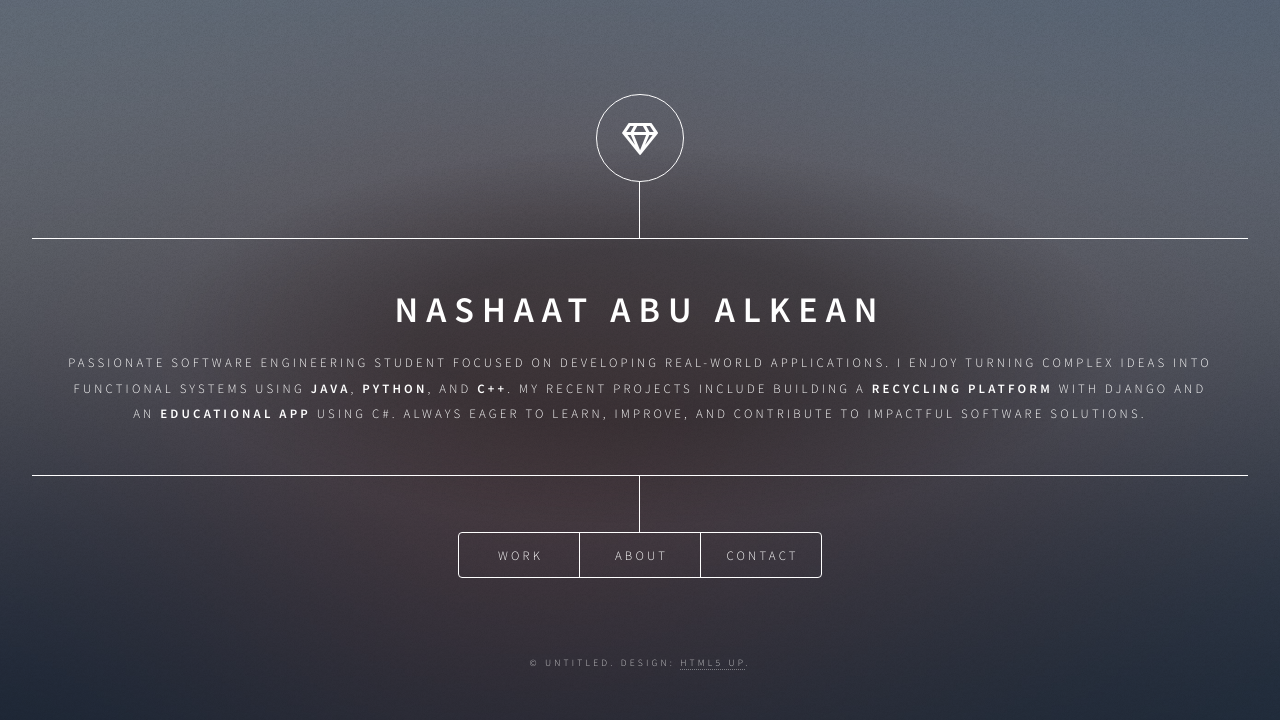
Repository: NashaatAlkean/Nashaat-sPortofolio
Page: index.html
An editor plug-in stored every save of this project. The page is shown before and after the next save, followed by the edit.
The browser window is 1280 px wide. The pictures show the whole page.

Above is the page before, as saved 2025-11-05 10:05:42.

### index.html
<!DOCTYPE html>
<!--
	Dimension by HTML5 UP
	html5up.net | @ajlkn
	Free for personal and commercial use under the CCA 3.0 license (html5up.net/license)
-->
<html>
  <head>
    <title>Nashaat Abu Alkean | Portfolio</title>
    <meta charset="utf-8" />
    <meta
      name="viewport"
      content="width=device-width, initial-scale=1, user-scalable=no"
    />
    <link rel="stylesheet" href="assets/css/main.css" />
    <noscript
      ><link rel="stylesheet" href="assets/css/noscript.css"
    /></noscript>
  </head>
  <body class="is-preload">
    <!-- Wrapper -->
    <div id="wrapper">
      <!-- Header -->
      <header id="header">
        <div class="logo">
          <span class="icon fa-gem"></span>
        </div>
        <div class="content">
          <div class="inner">
            <h1>Nashaat Abu Alkean</h1>
            <p>
              Passionate software engineering student focused on developing
              real-world applications. I enjoy turning complex ideas into
              functional systems using <b>Java</b>, <b>Python</b>, and
              <b>C++</b>. My recent projects include building a
              <b>recycling platform</b> with Django and an
              <b>educational app</b> using C#. Always eager to learn, improve,
              and contribute to impactful software solutions.
            </p>
          </div>
        </div>
        <nav>
          <ul>
            <li><a href="#work">Work</a></li>
            <li><a href="#about">About</a></li>
            <li><a href="#contact">Contact</a></li>
            <!--<li><a href="#elements">Elements</a></li>-->
          </ul>
        </nav>
      </header>

      <!-- Main -->
      <div id="main">
        <!-- Work -->
        <article id="work">
          <h2 class="major">Work</h2>
          <span class="image main"><img src="images/pic02.jpg" alt="" /></span>
          <p>
            Adipiscing magna sed dolor elit. Praesent eleifend dignissim arcu,
            at eleifend sapien imperdiet ac. Aliquam erat volutpat. Praesent
            urna nisi, fringila lorem et vehicula lacinia quam. Integer
            sollicitudin mauris nec lorem luctus ultrices.
          </p>
          <p>
            Nullam et orci eu lorem consequat tincidunt vivamus et sagittis
            libero. Mauris aliquet magna magna sed nunc rhoncus pharetra.
            Pellentesque condimentum sem. In efficitur ligula tate urna.
            Maecenas laoreet massa vel lacinia pellentesque lorem ipsum dolor.
            Nullam et orci eu lorem consequat tincidunt. Vivamus et sagittis
            libero. Mauris aliquet magna magna sed nunc rhoncus amet feugiat
            tempus.
          </p>
        </article>

        <!-- About -->
        <article id="about">
          <h2 class="major">About</h2>
          <span class="image main"><img src="images/pic03.jpg" alt="" /></span>
          <p>
            Lorem ipsum dolor sit amet, consectetur et adipiscing elit. Praesent
            eleifend dignissim arcu, at eleifend sapien imperdiet ac. Aliquam
            erat volutpat. Praesent urna nisi, fringila lorem et vehicula
            lacinia quam. Integer sollicitudin mauris nec lorem luctus ultrices.
            Aliquam libero et malesuada fames ac ante ipsum primis in faucibus.
            Cras viverra ligula sit amet ex mollis mattis lorem ipsum dolor sit
            amet.
          </p>
        </article>

        <!-- Contact -->
        <article id="contact">
          <h2 class="major">Contact</h2>
          <form method="post" action="#">
            <div class="fields">
              <div class="field half">
                <label for="name">Name</label>
                <input type="text" name="name" id="name" />
              </div>
              <div class="field half">
                <label for="email">Email</label>
                <input type="text" name="email" id="email" />
              </div>
              <div class="field">
                <label for="message">Message</label>
                <textarea name="message" id="message" rows="4"></textarea>
              </div>
            </div>
            <ul class="actions">
              <li>
                <input type="submit" value="Send Message" class="primary" />
              </li>
              <li><input type="reset" value="Reset" /></li>
            </ul>
          </form>
          <ul class="icons">
            <li>
              <a href="#" class="icon brands fa-twitter"
                ><span class="label">Twitter</span></a
              >
            </li>
            <li>
              <a href="#" class="icon brands fa-facebook-f"
                ><span class="label">Facebook</span></a
              >
            </li>
            <li>
              <a href="#" class="icon brands fa-instagram"
                ><span class="label">Instagram</span></a
              >
            </li>
            <li>
              <a href="#" class="icon brands fa-github"
                ><span class="label">GitHub</span></a
              >
            </li>
          </ul>
        </article>

        <!-- Elements -->
        <article id="elements">
          <h2 class="major">Elements</h2>

          <section>
            <h3 class="major">Text</h3>
            <p>
              This is <b>bold</b> and this is <strong>strong</strong>. This is
              <i>italic</i> and this is <em>emphasized</em>. This is
              <sup>superscript</sup> text and this is <sub>subscript</sub> text.
              This is <u>underlined</u> and this is code:
              <code>for (;;) { ... }</code>. Finally,
              <a href="#">this is a link</a>.
            </p>
            <hr />
            <h2>Heading Level 2</h2>
            <h3>Heading Level 3</h3>
            <h4>Heading Level 4</h4>
            <h5>Heading Level 5</h5>
            <h6>Heading Level 6</h6>
            <hr />
            <h4>Blockquote</h4>
            <blockquote>
              Fringilla nisl. Donec accumsan interdum nisi, quis tincidunt felis
              sagittis eget tempus euismod. Vestibulum ante ipsum primis in
              faucibus vestibulum. Blandit adipiscing eu felis iaculis volutpat
              ac adipiscing accumsan faucibus. Vestibulum ante ipsum primis in
              faucibus lorem ipsum dolor sit amet nullam adipiscing eu felis.
            </blockquote>
            <h4>Preformatted</h4>
            <pre><code>i = 0;

while (!deck.isInOrder()) {
    print 'Iteration ' + i;
    deck.shuffle();
    i++;
}

print 'It took ' + i + ' iterations to sort the deck.';</code></pre>
          </section>

          <section>
            <h3 class="major">Lists</h3>

            <h4>Unordered</h4>
            <ul>
              <li>Dolor pulvinar etiam.</li>
              <li>Sagittis adipiscing.</li>
              <li>Felis enim feugiat.</li>
            </ul>

            <h4>Alternate</h4>
            <ul class="alt">
              <li>Dolor pulvinar etiam.</li>
              <li>Sagittis adipiscing.</li>
              <li>Felis enim feugiat.</li>
            </ul>

            <h4>Ordered</h4>
            <ol>
              <li>Dolor pulvinar etiam.</li>
              <li>Etiam vel felis viverra.</li>
              <li>Felis enim feugiat.</li>
              <li>Dolor pulvinar etiam.</li>
              <li>Etiam vel felis lorem.</li>
              <li>Felis enim et feugiat.</li>
            </ol>
            <h4>Icons</h4>
            <ul class="icons">
              <li>
                <a href="#" class="icon brands fa-twitter"
                  ><span class="label">Twitter</span></a
                >
              </li>
              <li>
                <a href="#" class="icon brands fa-facebook-f"
                  ><span class="label">Facebook</span></a
                >
              </li>
              <li>
                <a href="#" class="icon brands fa-instagram"
                  ><span class="label">Instagram</span></a
                >
              </li>
              <li>
                <a href="#" class="icon brands fa-github"
                  ><span class="label">Github</span></a
                >
              </li>
            </ul>

            <h4>Actions</h4>
            <ul class="actions">
              <li><a href="#" class="button primary">Default</a></li>
              <li><a href="#" class="button">Default</a></li>
            </ul>
            <ul class="actions stacked">
              <li><a href="#" class="button primary">Default</a></li>
              <li><a href="#" class="button">Default</a></li>
            </ul>
          </section>

          <section>
            <h3 class="major">Table</h3>
            <h4>Default</h4>
            <div class="table-wrapper">
              <table>
                <thead>
                  <tr>
                    <th>Name</th>
                    <th>Description</th>
                    <th>Price</th>
                  </tr>
                </thead>
                <tbody>
                  <tr>
                    <td>Item One</td>
                    <td>Ante turpis integer aliquet porttitor.</td>
                    <td>29.99</td>
                  </tr>
                  <tr>
                    <td>Item Two</td>
                    <td>Vis ac commodo adipiscing arcu aliquet.</td>
                    <td>19.99</td>
                  </tr>
                  <tr>
                    <td>Item Three</td>
                    <td>Morbi faucibus arcu accumsan lorem.</td>
                    <td>29.99</td>
                  </tr>
                  <tr>
                    <td>Item Four</td>
                    <td>Vitae integer tempus condimentum.</td>
                    <td>19.99</td>
                  </tr>
                  <tr>
                    <td>Item Five</td>
                    <td>Ante turpis integer aliquet porttitor.</td>
                    <td>29.99</td>
                  </tr>
                </tbody>
                <tfoot>
                  <tr>
                    <td colspan="2"></td>
                    <td>100.00</td>
                  </tr>
                </tfoot>
              </table>
            </div>

            <h4>Alternate</h4>
            <div class="table-wrapper">
              <table class="alt">
                <thead>
                  <tr>
                    <th>Name</th>
                    <th>Description</th>
                    <th>Price</th>
                  </tr>
                </thead>
                <tbody>
                  <tr>
                    <td>Item One</td>
                    <td>Ante turpis integer aliquet porttitor.</td>
                    <td>29.99</td>
                  </tr>
                  <tr>
                    <td>Item Two</td>
                    <td>Vis ac commodo adipiscing arcu aliquet.</td>
                    <td>19.99</td>
                  </tr>
                  <tr>
                    <td>Item Three</td>
                    <td>Morbi faucibus arcu accumsan lorem.</td>
                    <td>29.99</td>
                  </tr>
                  <tr>
                    <td>Item Four</td>
                    <td>Vitae integer tempus condimentum.</td>
                    <td>19.99</td>
                  </tr>
                  <tr>
                    <td>Item Five</td>
                    <td>Ante turpis integer aliquet porttitor.</td>
                    <td>29.99</td>
                  </tr>
                </tbody>
                <tfoot>
                  <tr>
                    <td colspan="2"></td>
                    <td>100.00</td>
                  </tr>
                </tfoot>
              </table>
            </div>
          </section>

          <section>
            <h3 class="major">Buttons</h3>
            <ul class="actions">
              <li><a href="#" class="button primary">Primary</a></li>
              <li><a href="#" class="button">Default</a></li>
            </ul>
            <ul class="actions">
              <li><a href="#" class="button">Default</a></li>
              <li><a href="#" class="button small">Small</a></li>
            </ul>
            <ul class="actions">
              <li>
                <a href="#" class="button primary icon solid fa-download"
                  >Icon</a
                >
              </li>
              <li>
                <a href="#" class="button icon solid fa-download">Icon</a>
              </li>
            </ul>
            <ul class="actions">
              <li><span class="button primary disabled">Disabled</span></li>
              <li><span class="button disabled">Disabled</span></li>
            </ul>
          </section>

          <section>
            <h3 class="major">Form</h3>
            <form method="post" action="#">
              <div class="fields">
                <div class="field half">
                  <label for="demo-name">Name</label>
                  <input
                    type="text"
                    name="demo-name"
                    id="demo-name"
                    value=""
                    placeholder="Jane Doe"
                  />
                </div>
                <div class="field half">
                  <label for="demo-email">Email</label>
                  <input
                    type="email"
                    name="demo-email"
                    id="demo-email"
                    value=""
                    placeholder="jane@untitled.tld"
                  />
                </div>
                <div class="field">
                  <label for="demo-category">Category</label>
                  <select name="demo-category" id="demo-category">
                    <option value="">-</option>
                    <option value="1">Manufacturing</option>
                    <option value="1">Shipping</option>
                    <option value="1">Administration</option>
                    <option value="1">Human Resources</option>
                  </select>
                </div>
                <div class="field half">
                  <input
                    type="radio"
                    id="demo-priority-low"
                    name="demo-priority"
                    checked
                  />
                  <label for="demo-priority-low">Low</label>
                </div>
                <div class="field half">
                  <input
                    type="radio"
                    id="demo-priority-high"
                    name="demo-priority"
                  />
                  <label for="demo-priority-high">High</label>
                </div>
                <div class="field half">
                  <input type="checkbox" id="demo-copy" name="demo-copy" />
                  <label for="demo-copy">Email me a copy</label>
                </div>
                <div class="field half">
                  <input
                    type="checkbox"
                    id="demo-human"
                    name="demo-human"
                    checked
                  />
                  <label for="demo-human">Not a robot</label>
                </div>
                <div class="field">
                  <label for="demo-message">Message</label>
                  <textarea
                    name="demo-message"
                    id="demo-message"
                    placeholder="Enter your message"
                    rows="6"
                  ></textarea>
                </div>
              </div>
              <ul class="actions">
                <li>
                  <input type="submit" value="Send Message" class="primary" />
                </li>
                <li><input type="reset" value="Reset" /></li>
              </ul>
            </form>
          </section>
        </article>
      </div>

      <!-- Footer -->
      <footer id="footer">
        <p class="copyright">
          &copy; Untitled. Design: <a href="https://html5up.net">HTML5 UP</a>.
        </p>
      </footer>
    </div>

    <!-- BG -->
    <div id="bg"></div>

    <!-- Scripts -->
    <script src="assets/js/jquery.min.js"></script>
    <script src="assets/js/browser.min.js"></script>
    <script src="assets/js/breakpoints.min.js"></script>
    <script src="assets/js/util.js"></script>
    <script src="assets/js/main.js"></script>
  </body>
</html>

Loaded but not shown: assets/js/jquery.min.js (library); assets/js/browser.min.js (common file); assets/css/fontawesome-all.min.css (library); assets/js/breakpoints.min.js (common file); assets/js/util.js (587 lines, source omitted); assets/js/main.js (401 lines, source omitted); assets/css/main.css (1661 lines, source omitted)

After the next save:
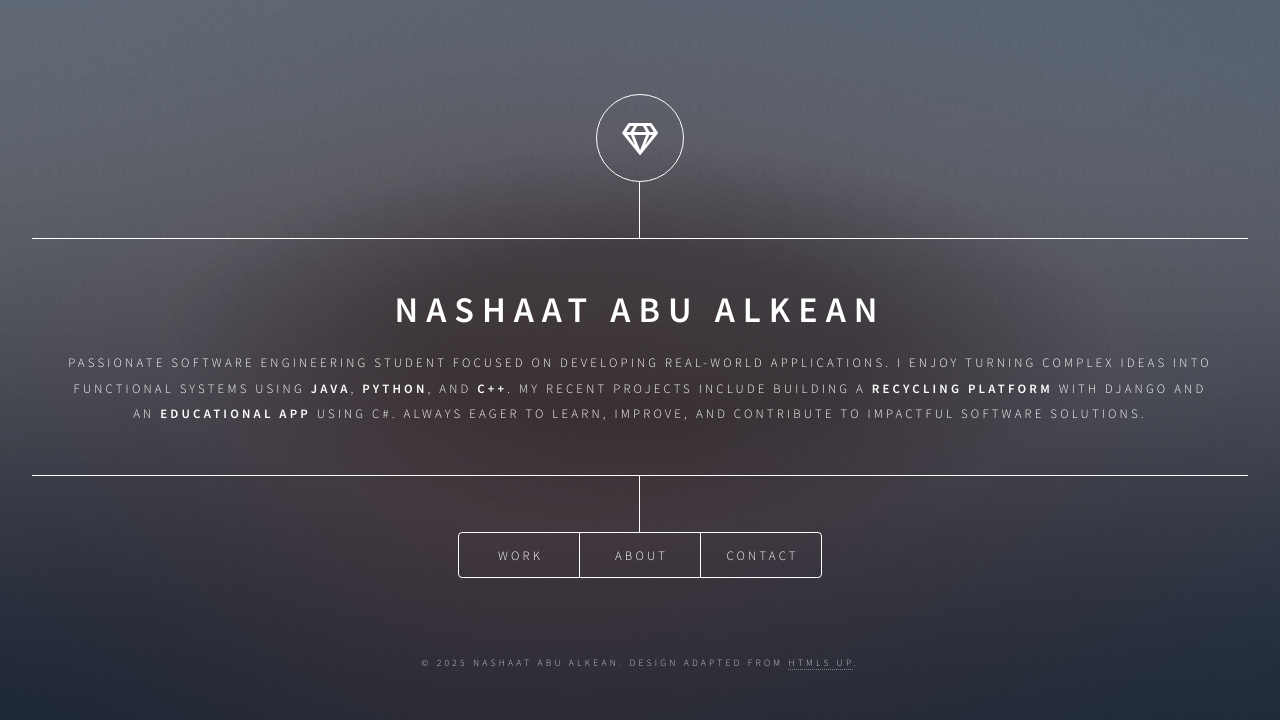
Saved 99 s later.
--- a/index.html
+++ b/index.html
@@ -447,7 +447,8 @@
       <!-- Footer -->
       <footer id="footer">
         <p class="copyright">
-          &copy; Untitled. Design: <a href="https://html5up.net">HTML5 UP</a>.
+          &copy; 2025 Nashaat Abu Alkean. Design adapted from
+          <a href="https://html5up.net">HTML5 UP</a>.
         </p>
       </footer>
     </div>
